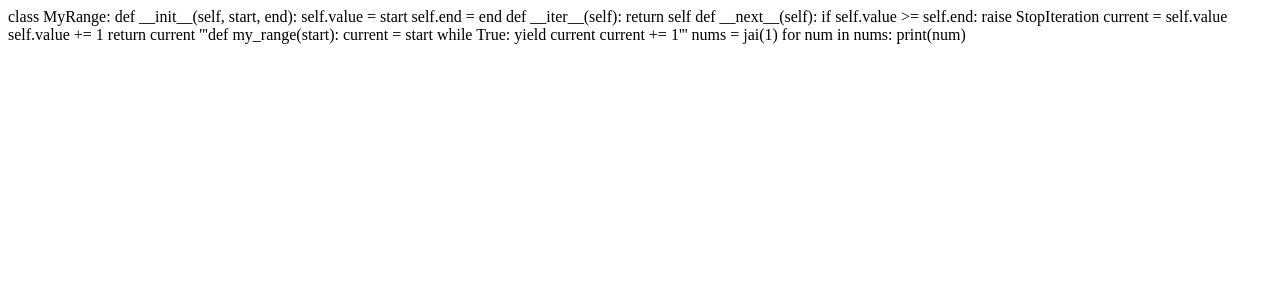
Repository: JAYAPRAKASH7541/jai7541
Page: python_sample_package/simple.html
The author's editor kept a record of every edit. The page is drawn from the files as they stood at one moment, then again after the next edit.
The browser window is 1280 px wide. The pictures show the whole page.

Above is the page before.

After the next edit:
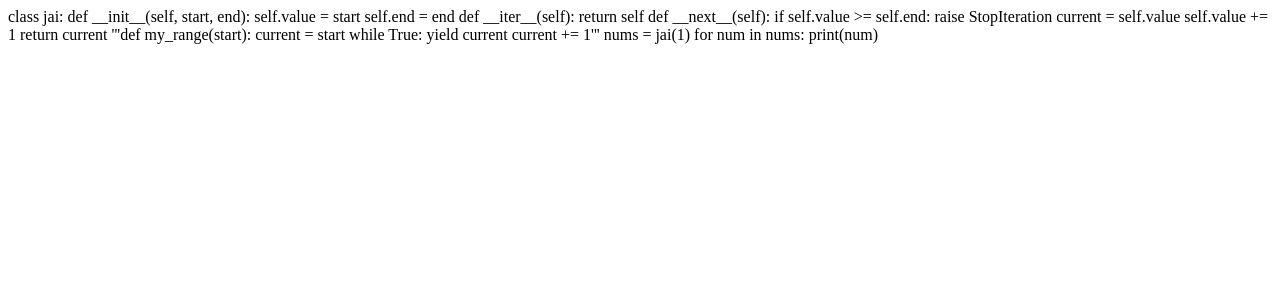
The edit:
--- a/python_sample_package/simple.html
+++ b/python_sample_package/simple.html
@@ -1,5 +1,5 @@
 
-class MyRange:
+class jai:
 
     def __init__(self, start, end):
         self.value = start
